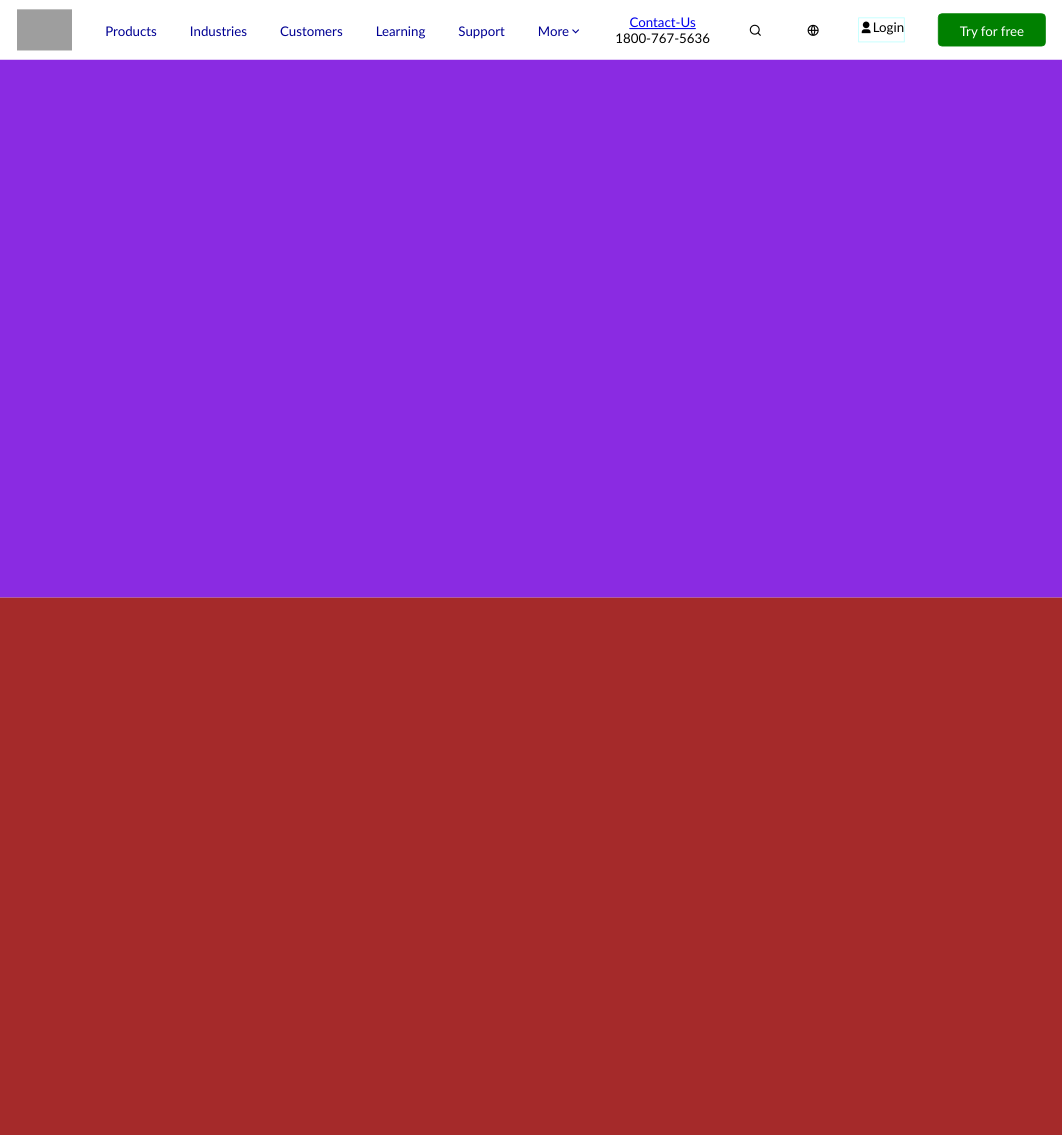
Repository: Chiranshukapil/html_css
Page: salesforce/index.html
These files come from the project's save history. The page is drawn as it stood at one moment and after a run of saves; the edit follows.
The browser window is 1280 px wide. The pictures show the whole page, at 83% of full size.
Pictures or frames that could not be fetched are drawn as grey boxes.

Above is the page before, as saved 2024-06-10 00:06:33.

### salesforce/index.html
<!DOCTYPE html>
<html lang="en">
    <head>
        <meta charset="UTF-8">
        <meta name="viewport" content="width=device-width, initial-scale=1.0">
        <title>Salesforce</title>
        <link rel="stylesheet" href="style.css">
        <link href="https://cdn.jsdelivr.net/npm/remixicon@4.2.0/fonts/remixicon.css" rel="stylesheet" />
    </head>
    <body>
        <div id="main">
            <div id="header">
                <div id="logo">
                    <img src="https://a.sfdcstatic.com/shared/images/c360-nav/salesforce-with-type-logo.svg" >
                </div>
                <div class="texts"><p>Products</p></div>
                <div class="texts"><p>Industries</p></div>
                <div class="texts"><p>Customers</p></div>
                <div class="texts"><p>Learning</p></div>
                <div class="texts"><p>Support</p></div>
                <div class="texts">
                    <p>More</p>
                    <p><i class="ri-arrow-down-s-line"></i></p>
                </div>
                <div id="contact">
                    <a  href="https://www.google.com/"><u>Contact-Us</u></a>
                    <p>1800-767-5636</p>
                </div>
                <div id="icon1" class="icon"><i class="ri-search-line"></i></div>
                <div class="icon"><i class="ri-global-line"></i></div>
                <div id="login">
                    <p><i class="ri-user-3-fill"></i></p>
                    <p>Login</p>
                </div>
                <div id="try">Try for free</div>
            </div>
            <div id="fakeheader"></div>
            <div id="page1"></div>
            <div id="page2"></div>
        </div>
    </body>
</html>

### salesforce/style.css
*{
    margin: 0%;
    padding: 0%;
    box-sizing: border-box;
    font-family: 'Gill Sans MT';
}

html,body{
    height: 100%;
    width: 100%;

}

#main{
    height: 100%;
    width: 100%;

}

#header{
    height: 10%;
    width: 100%;
    position: fixed;
    display: flex;
    align-items: center;
    justify-content: space-around;
    /* font-size: large; */
}

#logo{
    height: 70%;
}

#logo img{
    width: 100%;
    height: 100%;
}

#contact{
    text-align: center;

}

.icon{
    width: 30px;
    height: 30px;
    display: flex;
    align-items: center;
    justify-content: center;
    /* border: 1px solid;
    border-radius: 50%; */
}

.icon:hover{
    border: 1px solid rgb(188, 255, 255);
    border-radius: 50%;
    background-color:rgb(188, 255, 255);
}

#login{
    height: 30px;
    display: flex;
    border: 1px solid rgb(188, 255, 255);
    /* border-radius: 20px; */
}

#login:hover{
    /* border: 1px solid rgb(188, 255, 255);
    border-radius: 50%;
    background-color:rgb(188, 255, 255); */
}

#try{
    width: 130px;
    height: 40px ;
    color: white;
    display: flex;
    align-items: center;
    justify-content: center;
    background-color: green;
    border: 1px solid green;
    border-radius: 5px;
}

.texts{
    color: rgb(0, 0, 147);
    display: flex;
}

.texts:hover{
    color: rgb(113, 113, 243);
}

#fakeheader{
    height: 10%;
    width: 100%;
}

#page1{
    height: 90%;
    width: 100%;
    background-color: blueviolet;
}
#page2{
    height: 90%;
    width: 100%;
    background-color: brown;
}

After the next 2 saves:
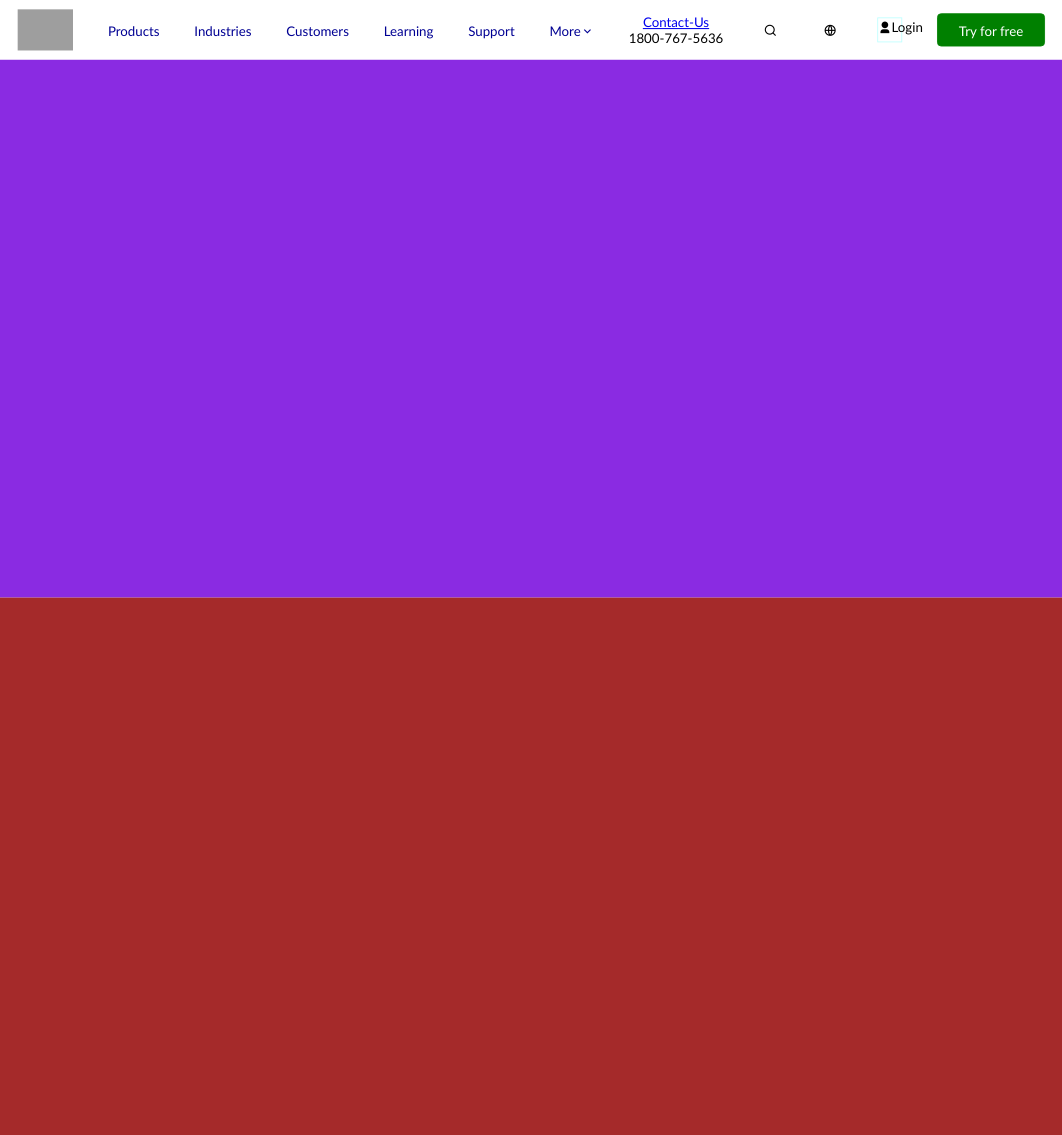
The 2 saves are shown as one change because they came seconds apart.
The last was saved 8 s later.
--- a/salesforce/style.css
+++ b/salesforce/style.css
@@ -59,6 +59,7 @@ html,body{
 
 #login{
     height: 30px;
+    width: 30px;
     display: flex;
     border: 1px solid rgb(188, 255, 255);
     /* border-radius: 20px; */
